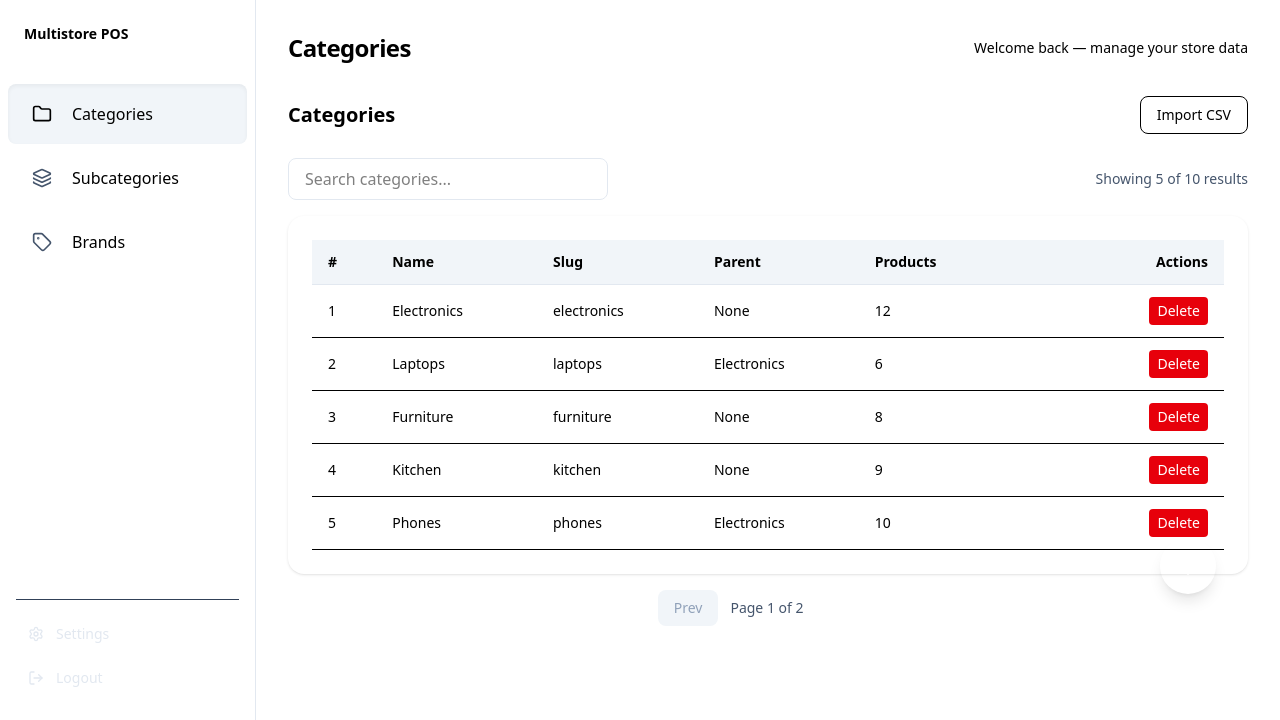
Repository: Ndegwa2/MulistorePOS
Page: /
An editor plug-in stored every save of this project. The page is shown before and after the next save, followed by the edit.
The browser window is 1280 px wide. The pictures show the whole page.
The project was rebuilt for these pictures with package versions that can differ from the ones it lists, and the page was loaded fresh each time. Also part of the build but not shown: vite.config.js, Frontend/EditModal.jsx, Frontend/DeleteConfirm.jsx, Frontend/subcategory.jsx, Frontend/brand.jsx.

Above is the page before, as saved 2025-10-03 10:21:55.

After the next save:
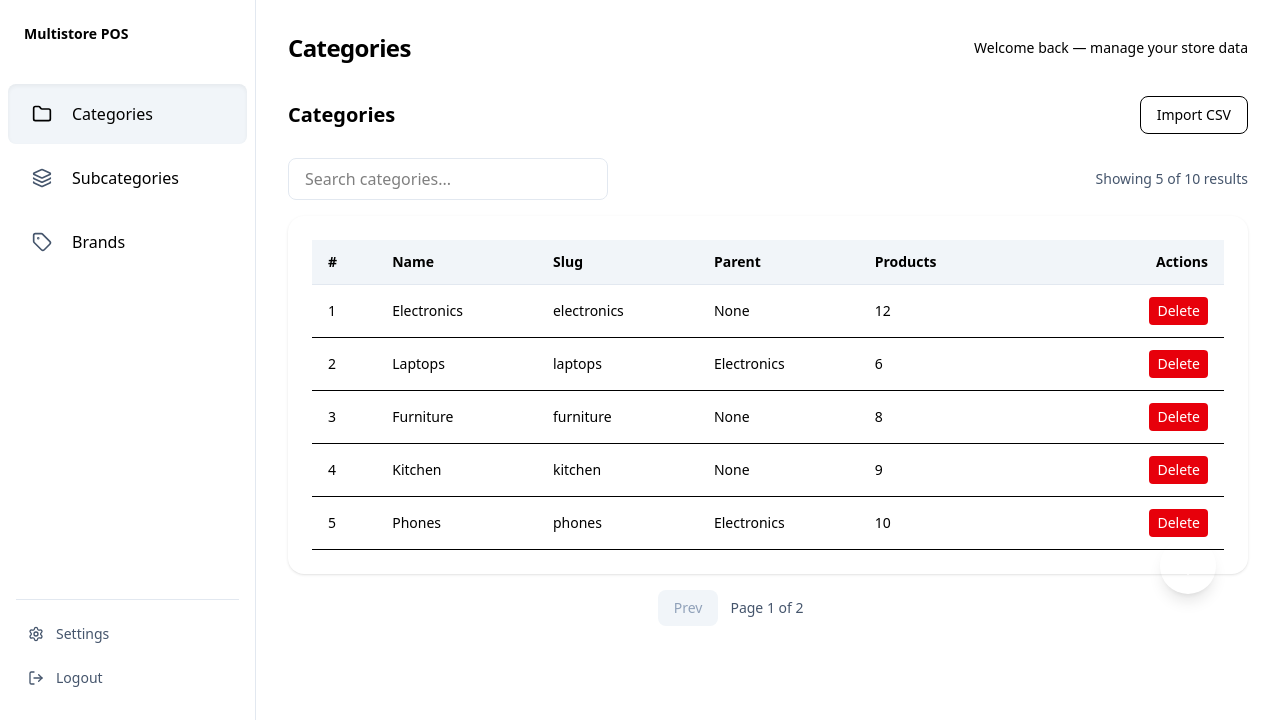
Saved 12 s later.
--- a/Frontend/dashboaord.jsx
+++ b/Frontend/dashboaord.jsx
@@ -63,14 +63,14 @@ export default function Dashboard() {
 
         {/* bottom area */}
         <div className="px-4 pb-6">
-          <div className="border-t border-slate-700 pt-4 flex flex-col gap-2">
-            <button className="flex items-center gap-3 px-3 py-2 rounded-lg hover:bg-slate-700 transition-colors">
-              <Settings className="w-4 h-4 text-slate-200" />
-              <span className="text-sm text-slate-200">Settings</span>
+          <div className="border-t border-slate-200 pt-4 flex flex-col gap-2">
+            <button className="flex items-center gap-3 px-3 py-2 rounded-lg hover:bg-slate-100 transition-colors">
+              <Settings className="w-4 h-4 text-slate-600" />
+              <span className="text-sm text-slate-600">Settings</span>
             </button>
-            <button className="flex items-center gap-3 px-3 py-2 rounded-lg hover:bg-slate-700 transition-colors">
-              <LogOut className="w-4 h-4 text-slate-200" />
-              <span className="text-sm text-slate-200">Logout</span>
+            <button className="flex items-center gap-3 px-3 py-2 rounded-lg hover:bg-slate-100 transition-colors">
+              <LogOut className="w-4 h-4 text-slate-600" />
+              <span className="text-sm text-slate-600">Logout</span>
             </button>
           </div>
         </div>
